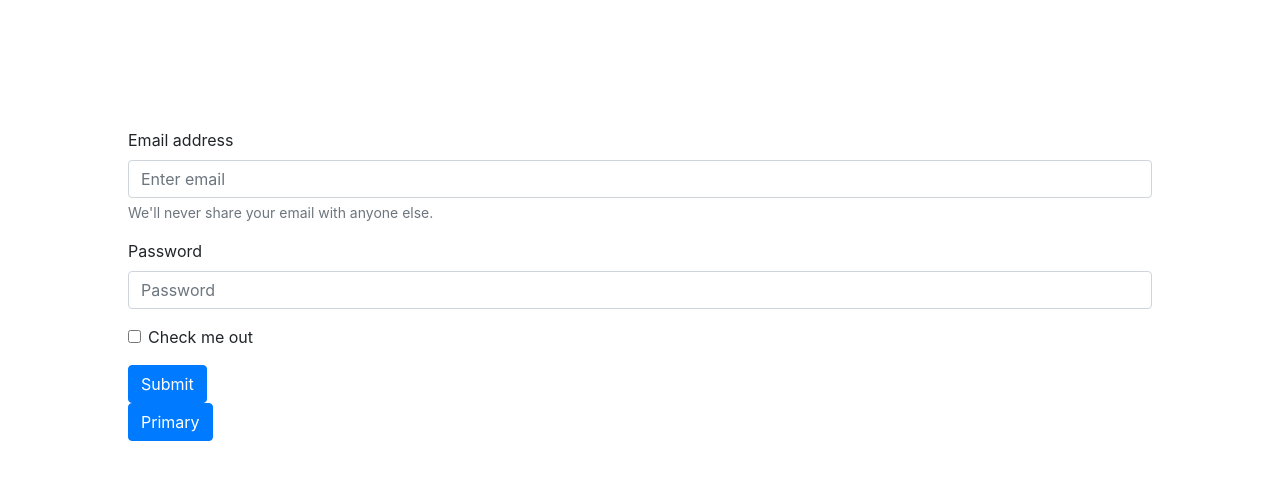
Repository: lalji-yadav/Register-Login-and-CRUD-using-token-and-Without-token-based
Page: /navbar
An editor plug-in stored every save of this project. The page is shown before and after the next save, followed by the edit.
The browser window is 1280 px wide. The pictures show the whole page.
The project was rebuilt for these pictures with package versions that can differ from the ones it lists, and the page was loaded fresh each time. Also part of the build but not shown: src/App.css.

Above is the page before, as saved 2021-02-01 18:27:23.

### src/App.js
import logo from './logo.svg';
import './App.css';
import Login from "./auth/login";

function App() {
  return (
    <div>
       <Login />
    </div>
  );
}

export default App;

### src/auth/login.js
import React from 'react';
import {Form,Button} from 'react-bootstrap';

const Login = () => {
    return (
        <div style={{padding:"10%"}}>
            <Form>
                <Form.Group controlId="formBasicEmail">
                    <Form.Label>Email address</Form.Label>
                    <Form.Control type="email" placeholder="Enter email" />
                    <Form.Text className="text-muted">
                    We'll never share your email with anyone else.
                    </Form.Text>
                </Form.Group>

                <Form.Group controlId="formBasicPassword">
                    <Form.Label>Password</Form.Label>
                    <Form.Control type="password" placeholder="Password" />
                </Form.Group>
                <Form.Group controlId="formBasicCheckbox">
                    <Form.Check type="checkbox" label="Check me out" />
                </Form.Group>
                <Button variant="primary" type="submit">
                    Submit
                </Button>
                </Form>
            <Button type="button" class="btn btn-primary">Primary</Button>
        </div>
    );
};

export default Login;

Loaded but not shown: public/index.html (common file); src/index.js (common file); src/index.css (common file); src/reportWebVitals.js (common file)

After the next save:
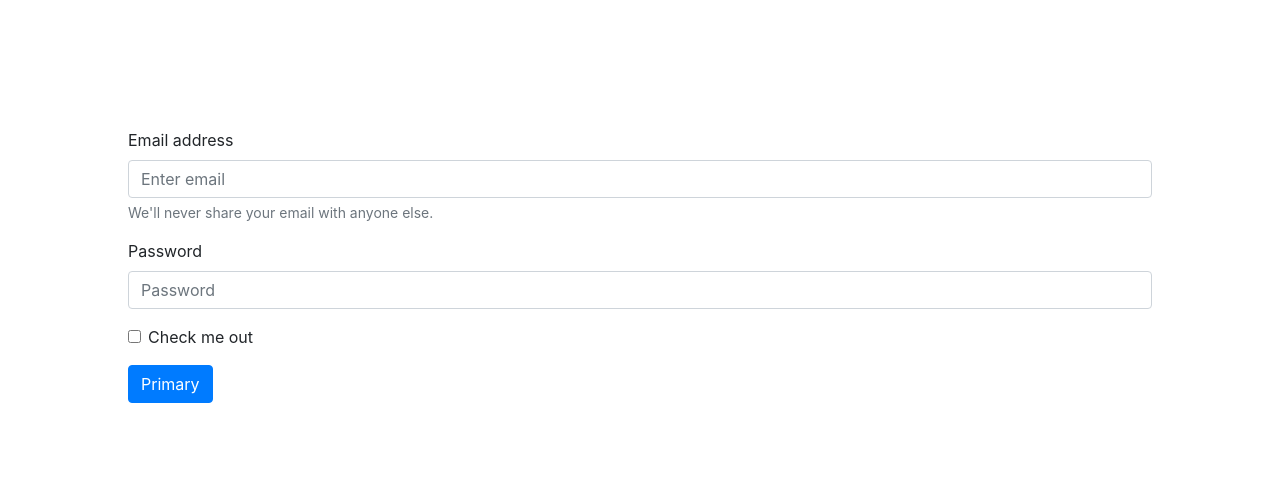
Saved 64 s later.
--- a/src/auth/login.js
+++ b/src/auth/login.js
@@ -20,10 +20,8 @@ const Login = () => {
                 <Form.Group controlId="formBasicCheckbox">
                     <Form.Check type="checkbox" label="Check me out" />
                 </Form.Group>
-                <Button variant="primary" type="submit">
-                    Submit
-                </Button>
                 </Form>
+
             <Button type="button" class="btn btn-primary">Primary</Button>
         </div>
     );
